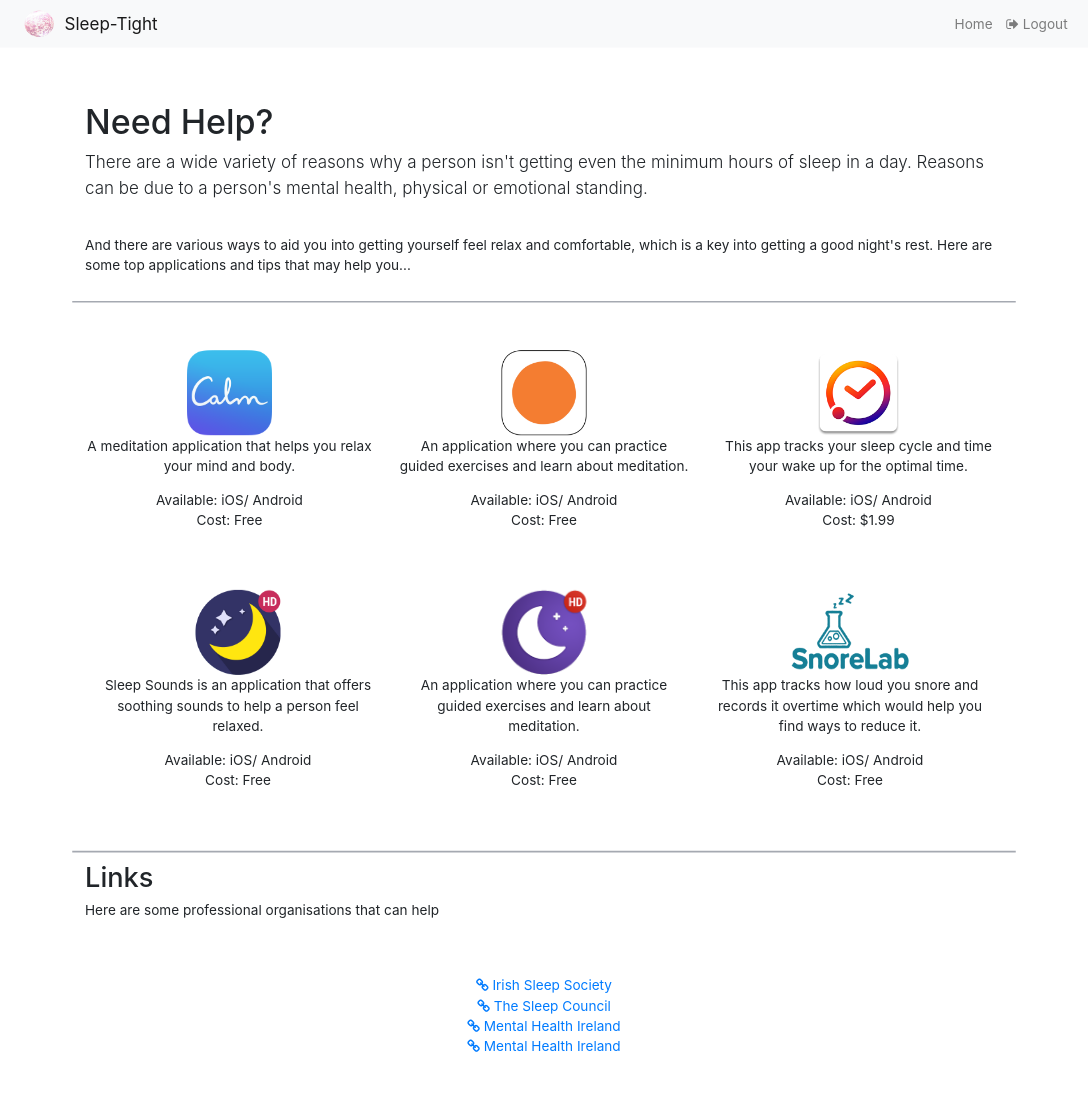
Repository: kewkiemonster/sleepTight
Page: http://localhost/Project/account/link.php
The author's editor kept a record of every edit. The page is drawn from the files as they stood at one moment, then again after the next edit.
The browser window is 1280 px wide. The pictures show the whole page, at 85% of full size.
Some web fonts or font styles are not loaded; a fallback is used. Some web libraries are served in a nearby version. The page is run by PHP 8.4 with error messages shown; the project is at /var/www/html/.

Above is the page before.

After the next edit:
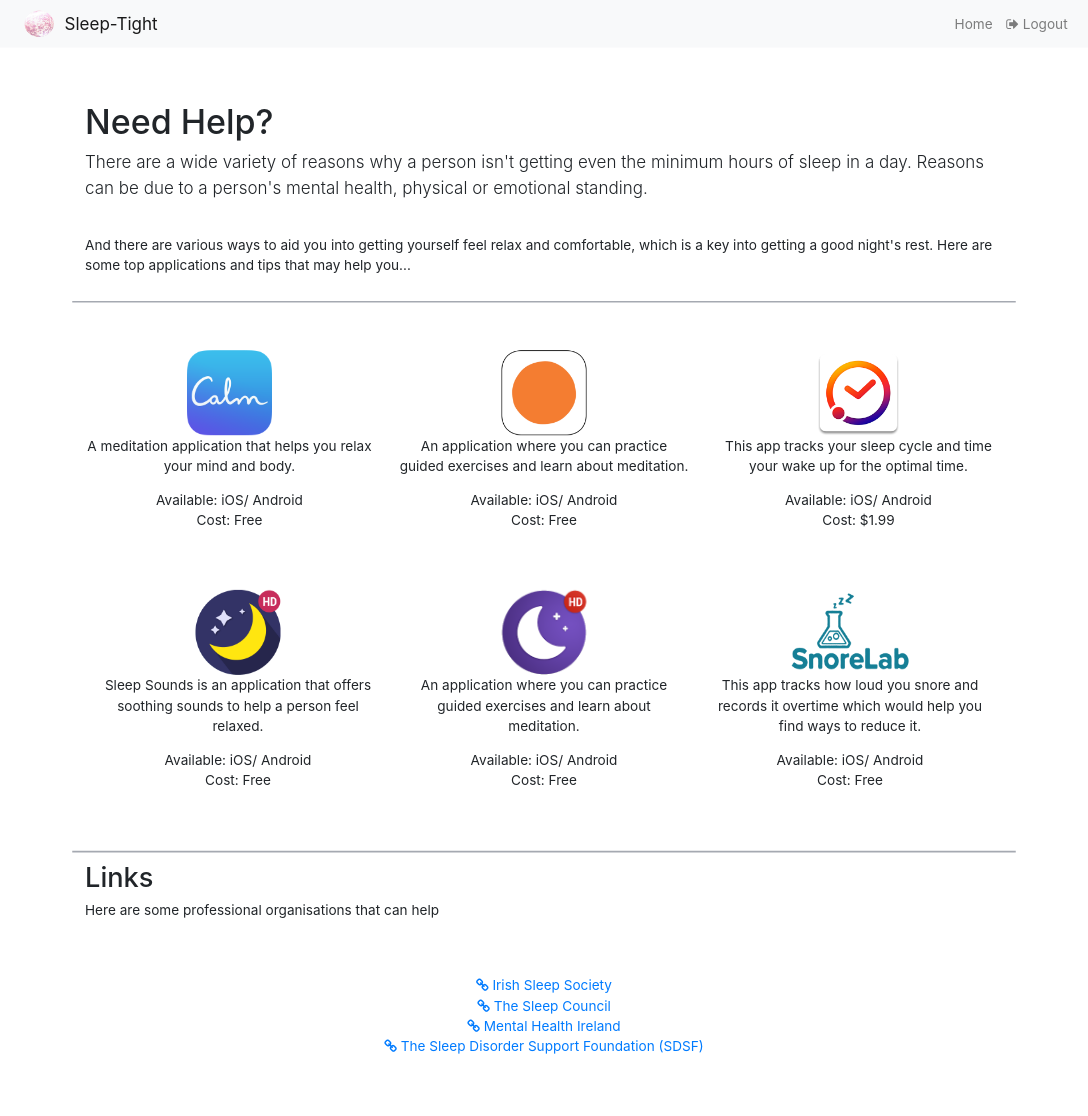
The edit:
--- a/softwareproject-st/workspace/Project/account/link.php
+++ b/softwareproject-st/workspace/Project/account/link.php
@@ -90,7 +90,7 @@
                   <a class="link" href="https://www.mentalhealthireland.ie/a-to-z/sleep/"><i class="fa fa-link"></i> Mental Health Ireland</a>
                 </div>
                 <div class="col-12">
-                  <a class="link" href="https://www.mentalhealthireland.ie/a-to-z/sleep/"><i class="fa fa-link"></i> Mental Health Ireland</a>
+                  <a class="link" href="https://www.sdsf.ie/clinics-3-2/"><i class="fa fa-link"></i> The Sleep Disorder Support Foundation (SDSF)</a>
                 </div>
             </div>
         </div>
